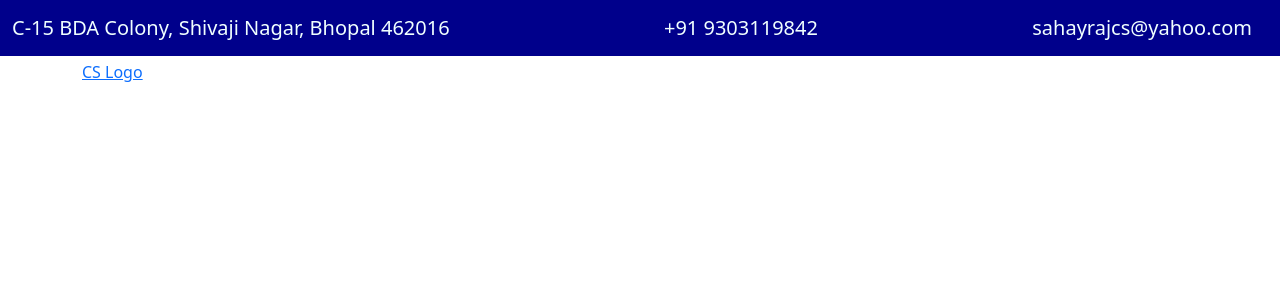
Repository: aayushiss/CS-RSS
Page: services.html
The author's editor kept a copy of each file at every save. The page is drawn from the files as they stood at one save, then again after the next save.
The browser window is 1280 px wide. The pictures show the whole page.

Above is the page before, as saved 2025-05-15 21:33:08.

### services.html
<!DOCTYPE html>
<html lang="en">
<head>
    <meta charset="UTF-8">
    <meta name="viewport" content="width=device-width, initial-scale=1.0">
    <title>R. S. Shrivastava</title>
    <link href="https://cdn.jsdelivr.net/npm/bootstrap@5.3.3/dist/css/bootstrap.min.css" rel="stylesheet"
    integrity="sha384-QWTKZyjpPEjISv5WaRU9OFeRpok6YctnYmDr5pNlyT2bRjXh0JMhjY6hW+ALEwIH" crossorigin="anonymous">
  <link rel="stylesheet" type="text/css" href="style.css">
</head>
<body>
    <nav class="navbar fixed-top custom-navbar">
        <div class="container-fluid d-flex justify-content-between">
          <a class="navbar-brand"
            href="https://www.google.com/maps/place/R+S+SHRIVASTAVA+%26+ASSOCIATES/@23.2288499,77.4244091,17z/data=!3m1!4b1!4m6!3m5!1s0x397c425fada83073:0xcb1e8ba90a487f4e!8m2!3d23.228845!4d77.426984!16s%2Fg%2F1td0r8v9?entry=ttu&g_ep=EgoyMDI1MDUxMi4wIKXMDSoASAFQAw%3D%3D"
            target="_blank">C-15 BDA Colony, Shivaji Nagar, Bhopal 462016</a>
          <a class="navbar-brand" href="" tel:+919303119842"">+91 9303119842</a>
          <a class="navbar-brand" href="mailto:sahayrajcs@yahoo.com">sahayrajcs@yahoo.com</a>
        </div>
    </nav>
    <div class="container" style="margin-top: 60px;">
        <a href="cnk">CS Logo</a>
    </div>

</body>
</html>

### style.css
.custom-navbar {
    background-color: darkblue;
}

.custom-navbar .navbar-brand {
    color: azure;
}

.navbar-space {
    margin-top: 50px;
}

.second-navbar .navbar-brand {
    color: black;
}

.custom-card {
    height: 25vh;
}

.custom-card .card-img {
    height: 100%;
    object-fit: cover;
}

.container-fluid .card {
    padding: 10px;
}

.container-fluid .card-title {
    font-family: 'Times New Roman', Times, serif;
    font-weight: bold;
    font-size: xx-large;
}

.container-fluid .col-md-8 .card-title {
    font-family: 'Times New Roman', Times, serif;
    font-size: large;
}

.footer-links ul {
    list-style: none;
    text-decoration: none;
}

.footer-links a {
    color: white;
    text-decoration: none;
}

After the next save:
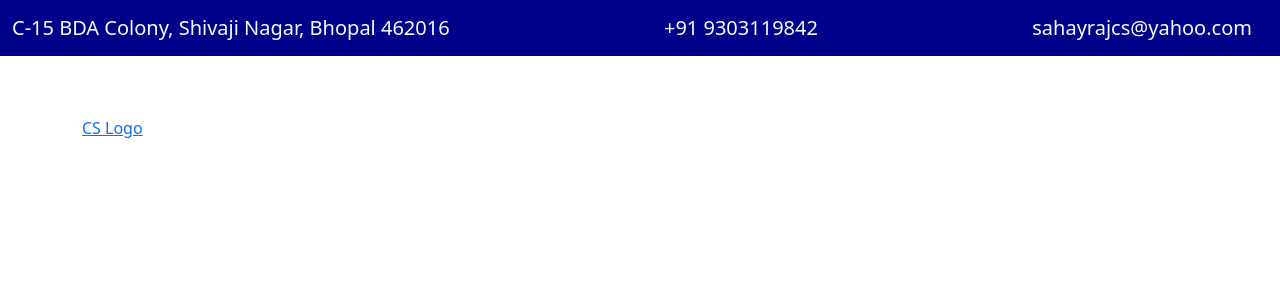
Saved 90 s later.
--- a/style.css
+++ b/style.css
@@ -47,3 +47,9 @@
     color: white;
     text-decoration: none;
 }
+
+body::before {
+    content: "";
+    display: block;
+    height: 56px; /* Same as navbar height */
+  }
